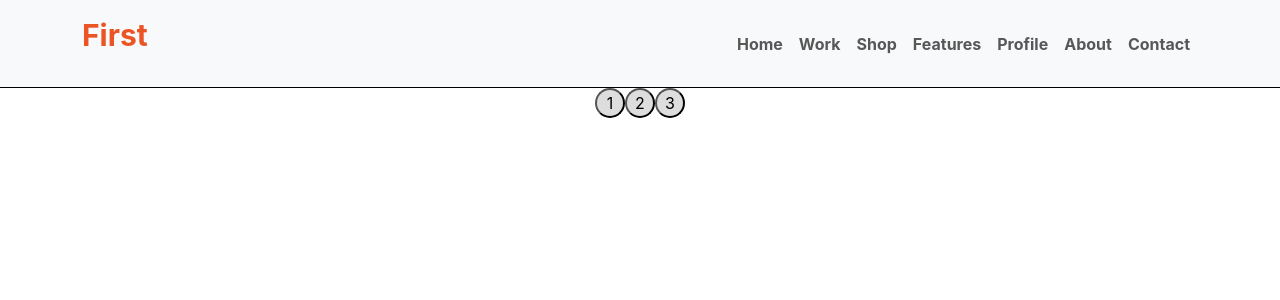
Repository: Hager-h/temple
Page: /contact
The author's editor kept a copy of each file at every save. The page is drawn from the files as they stood at one save, then again after the next save.
The browser window is 1280 px wide. The pictures show the whole page.
The project was rebuilt for these pictures with package versions that can differ from the ones it lists, and the page was loaded fresh each time. Also part of the build but not shown: src/components/work/work.css, src/components/hook/Hook.js, src/components/work/Work.js, src/components/hook2/Hook2.js, src/components/portfolio/Portfolio.js, src/components/footer/Footer.js, src/components/social/Social.js, src/components/about/About.js and 10 more.

Above is the page before, as saved 2023-07-19 15:21:27.

### src/index.js
import React from 'react';
import ReactDOM from 'react-dom/client';
import "../node_modules/bootstrap/dist/css/bootstrap.min.css"
import "../node_modules/bootstrap/dist/js/bootstrap.min.js"
import './index.css';

import App from './App';
import reportWebVitals from './reportWebVitals';
import { BrowserRouter } from 'react-router-dom';

const root = ReactDOM.createRoot(document.getElementById('root'));
root.render(
  <BrowserRouter>
  <App />
  </BrowserRouter>
);

// If you want to start measuring performance in your app, pass a function
// to log results (for example: reportWebVitals(console.log))
// or send to an analytics endpoint. Learn more: https://bit.ly/CRA-vitals
reportWebVitals();

### src/App.js
import './App.css';
import Home from "./components/home/Home"
import Contact from "./components/contact/index"
import Nav from "./components/navbar/Nav"
import {Routes,Route} from "react-router-dom"
import Shop from './components/Shop/Shop';
import Card  from './components/card/Card';
function App() {
  return (
    <div className="App">
    <Nav />
    <Routes>
    <Route path="/" element={<Home />} />
    <Route path="/contact" element={<Contact />} />
    <Route path="/shop" element={<Shop />} />
    <Route path="shop/:cardId" element={<Card />} />

    </Routes>




    </div>
  );
}

export default App;

### src/components/contact/index.js
import React from 'react'
import "./contact.css"
export default function Contact() {
  return (
    <div>
      <div className="contact">
      <div className="btn-cont">
      <button className="circle">1</button>
      <button className="circle">2</button>
      <button className="circle">3</button>

        </div>

      </div>


    </div>
  )
}

### src/components/navbar/Nav.js
import React from "react"
import { Link } from 'react-router-dom'

import "./navStyle.css"
export default function Nav() {
  return (



    <nav className="navbar navbar-expand-lg bg-body-tertiary ">
    <div className="container ">
      <p className="navbar-brand logo-text" >First</p>
      <button className="navbar-toggler" type="button" data-bs-toggle="collapse" data-bs-target="#navbarNavAltMarkup" aria-controls="navbarNavAltMarkup" aria-expanded="false" aria-label="Toggle navigation">
        <span className="navbar-toggler-icon"></span>
      </button>
      <div className="collapse navbar-collapse  " id="navbarNavAltMarkup">
        <div className="navbar-nav ms-auto">
          <Link className="nav-link " to="/">Home</Link>
          <Link className="nav-link" to="/work">Work</Link>
          <Link className="nav-link" to="/shop">Shop</Link>
          <Link className="nav-link" to="/feat">Features</Link>
          <Link className="nav-link" to="/profile">Profile</Link>
          <Link className="nav-link" to="/about">About</Link>
          <Link className="nav-link" to="/contact">Contact</Link>
        </div>

      </div>
    </div>
  </nav>

















  )
}

### src/components/contact/contact.css
.circle{
  width:30px;
  height:30px;
  background-color:#ddd;
  border-radius:50%;
  outline:none;

}
.btns-contact{
  display:flex;
  justify-content:space-between;
  align-items:center;
}

### src/components/navbar/navStyle.css
.navbar {
  background: #fff;
  border-bottom: 1px solid #000;


}




 .logo-text {
  font-size: 30px;
  font-weight: bold;
  color:#eb5424
};
.nav-link{
  font-weight: bolder;}
.nav-link:focus, .nav-link:hover {
  color: #F44336;
}.nav-link:focus, .nav-link:hover {
  color: #F44336;

}
.navbar-nav{
  font-weight: bolder;

}
.navbar-toggler:focus{
  border:2px solid #F44336;
  box-shadow: 0 0 0 #F44336;
}
@media(max-width:570px){
  .text-landing{
    width:100%;
  }
}

### src/components/portfolio/port.css
.port{
  margin-top:30px;
}
.box{position:relative;
  overflow: hidden;


}
 .catgeory{
  display :flex;
  justify-content: center;
  align-items: center;
  margin-top: 30px;

 }
 .catgeory p:not(:last-child){
  margin-right: 22px;
 }
.catgeory p{
  cursor:pointer;
  font-weight: bold;

}
.catgeory p:hover,.orange{
  color: #F44336;
}


  .port-image{
    max-width:100%;

 }
 span{
  border:1px solid #F44336;
  position: absolute;
  top:50%;
  left:50%;
  transform: translate(-50%,-50%);
  -webkit-transform: translate(-50%,-50%);
  -moz-transform: translate(-50%,-50%);
  -ms-transform: translate(-50%,-50%);
  -o-transform: translate(-50%,-50%);
  background-color: aliceblue;
  padding: 8px 8px;
  border-radius: 14px;
  -webkit-border-radius: 14px;
  -moz-border-radius: 14px;
  -ms-border-radius: 14px;
  -o-border-radius: 14px;
  cursor:pointer;
  font-weight:bolder;
  opacity:0;

}
.overlay{
  position: absolute;
  top: 0;
  left: 0;
  bottom: 0;
  right: 0;
  background: rgba(224, 158, 138, 0.5);
  font-size: 15px;
  opacity: 0;
  max-width:100% ;
}
.box:hover .overlay,
.box:hover span{
  opacity: 1;
}

Loaded but not shown: public/index.html (common file); src/index.css (common file); src/reportWebVitals.js (common file); src/App.css (common file)

After the next save:
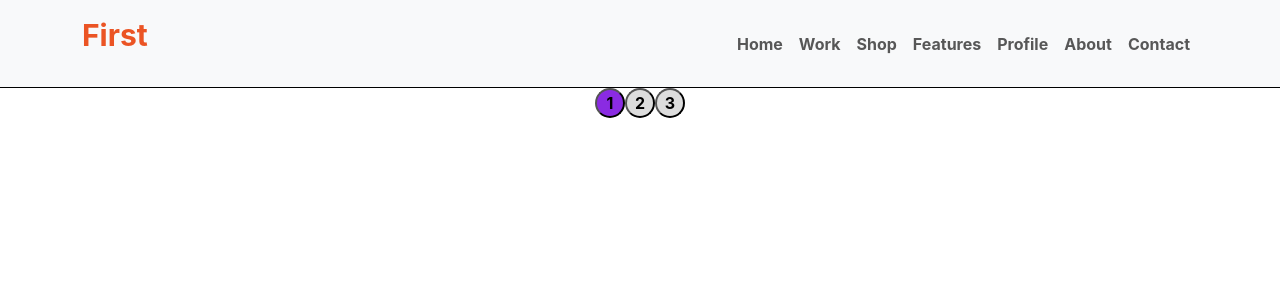
Saved 86 s later.
--- a/src/components/contact/contact.css
+++ b/src/components/contact/contact.css
@@ -4,7 +4,12 @@
   background-color:#ddd;
   border-radius:50%;
   outline:none;
+  font-weight:bolder;
 
+
+}
+.circle:first-child{
+  background-color: blueviolet;
 }
 .btns-contact{
   display:flex;
